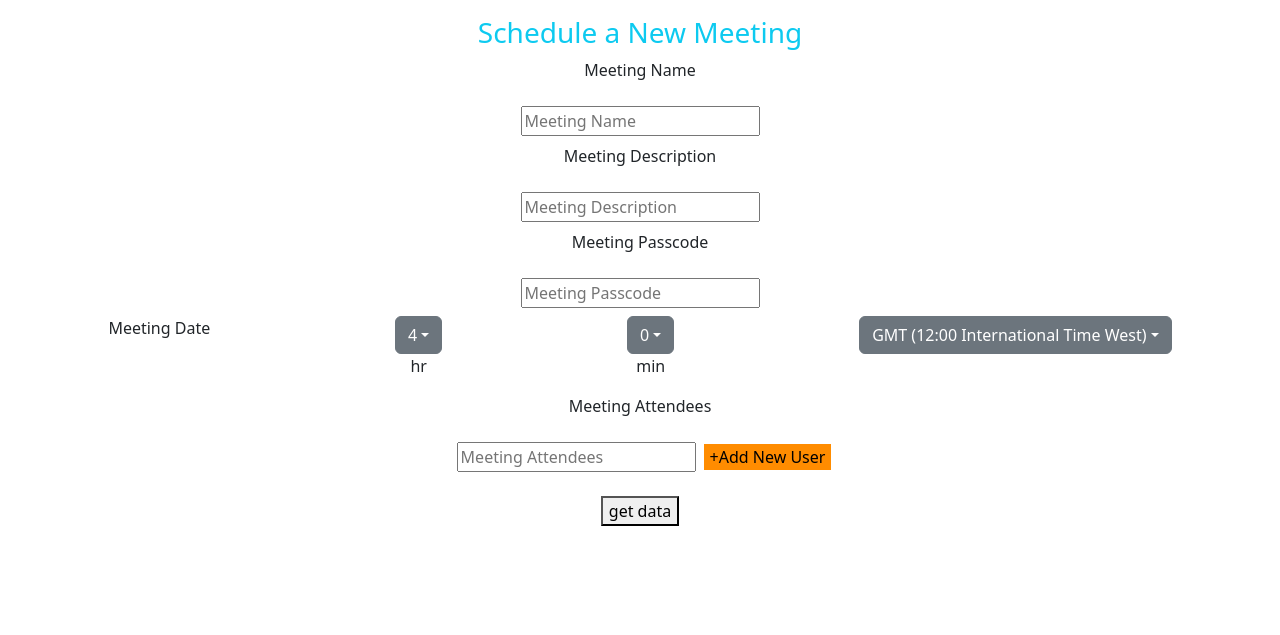
Repository: sreech465/myexam
Page: /smeet
The author's editor kept a copy of each file at every save. The page is drawn from the files as they stood at one save, then again after the next save.
The browser window is 1280 px wide. The pictures show the whole page.
The project was rebuilt for these pictures with package versions that can differ from the ones it lists, and the page was loaded fresh each time. Also part of the build but not shown: src/Details.js, src/Jmeet.js, src/Joinmeet.js.

Above is the page before, as saved 2023-01-14 16:51:05.

After the next save:
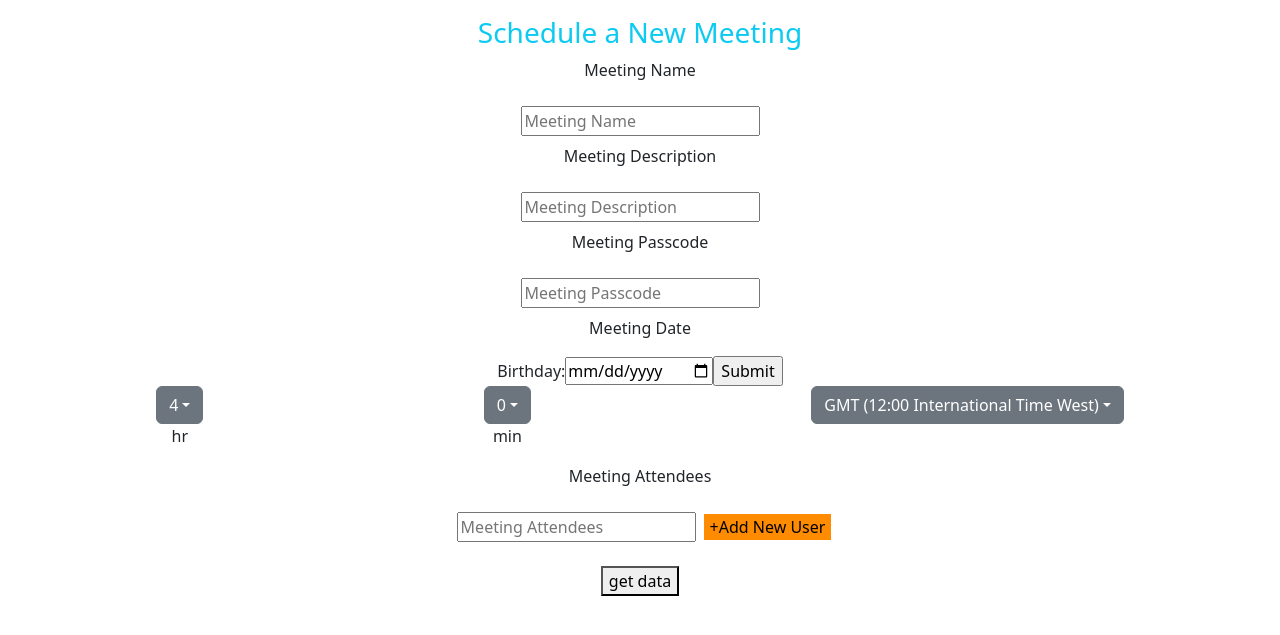
Saved 13 min 38 s later.
--- a/src/Smeet.js
+++ b/src/Smeet.js
@@ -5,6 +5,8 @@ const Smeet = () => {
   const [desc, setDesc] = useState("");
   const [pcode, setPass] = useState("");
   const [attend, setAttend] = useState("");
+  const [date, setDate] = useState("");
+  const [time, setTime] = useState("");
   const handleClick = () => {
     let config = {
       headers: {
@@ -15,9 +17,8 @@ const Smeet = () => {
     };
 
     const body = {
-      meeting_name: "Schedule Meeting API 4",
-      agenda: "Test Schedule Meeting API 4",
-      passcode: "passcode",
+      meeting_name: name,
+      passcode: pcode,
       meeting_date: "15-01-2022",
       meeting_time: "11:00",
       meeting_meridiem: "AM",
@@ -65,8 +66,11 @@ const Smeet = () => {
             setPass(e.target.value);
           }}
         />
+        <p>Meeting Date</p>
+        <label for="birthday">Birthday:</label>
+        <input type="date" id="birthday" name="birthday" />
+        <input type="submit"></input>
         <div style={{ display: "flex", justifyContent: "space-around" }}>
-          <p>Meeting Date</p>
           <div class="dropdown">
             <button
               class="btn btn-secondary dropdown-toggle"
@@ -75,6 +79,9 @@ const Smeet = () => {
               data-toggle="dropdown"
               aria-haspopup="true"
               aria-expanded="false"
+              onChange={(e) => {
+                setPass(e.target.value);
+              }}
             >
               4
             </button>
